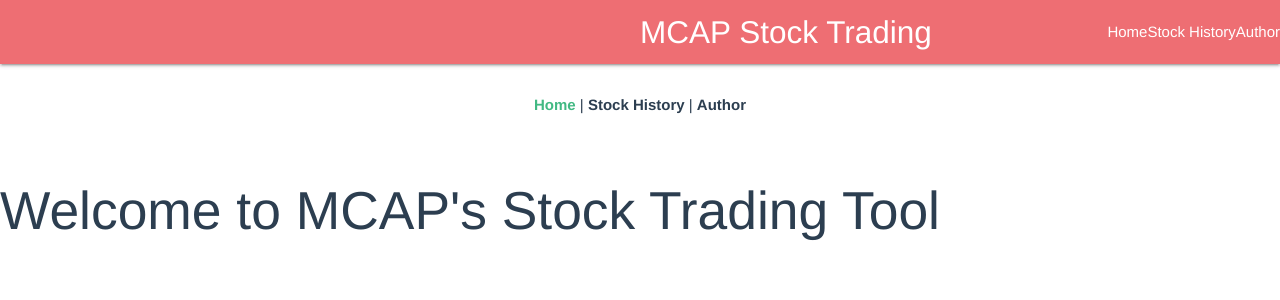
Repository: pandyarudra/stock-symbol-app
Page: /
An editor plug-in stored every save of this project. The page is shown before and after a run of saves, followed by the edit.
The browser window is 1280 px wide. The pictures show the whole page.
The project was rebuilt for these pictures with package versions that can differ from the ones it lists, and the page was loaded fresh each time.

Above is the page before, as saved 2020-09-14 22:09:53.

### src/main.js
import Vue from 'vue';
import App from './App.vue';
import router from './router';
import 'materialize-css';
import 'materialize-css/dist/css/materialize.min.css';

Vue.config.productionTip = false;

new Vue({
  router,
  render: h => h(App)
}).$mount('#app');

### src/App.vue
<template>
  <div id="app">
    <TopNav />
    <div id="nav">
      <router-link to="/">Home</router-link> |
      <router-link to="/stockHistory">Stock History</router-link> |
      <router-link to="/about">Author</router-link>
    </div>
    <router-view/>
  </div>
</template>


<script>
import M from 'materialize-css';
import TopNav from '@/components/TopNav.vue'

export default {
  mounted() {
    M.AutoInit();
  },
  components: {
    TopNav
  }
}
</script>

<style lang="scss">

  // $primary-color: color("materialize-red", "lighten-2") !default;
  // $primary-color-light: false !default;
  // $primary-color-dark: false !default;
  // @if not $primary-color-light {
  //   $primary-color-light: lighten($primary-color, 15%);
  // }
  // @if not $primary-color-dark {
  //   $primary-color-dark: darken($primary-color, 15%);
  // }
  // $secondary-color: color("teal", "lighten-1") !default;
  // $success-color: color("green", "base") !default;
  // $error-color: color("red", "base") !default;
  // $link-color: color("light-blue", "darken-1") !default;

#app {

  font-family: Avenir, Helvetica, Arial, sans-serif;
  -webkit-font-smoothing: antialiased;
  -moz-osx-font-smoothing: grayscale;
  text-align: center;
  color: #2c3e50;
}

#nav {
  padding: 30px;

  a {
    font-weight: bold;
    color: #2c3e50;

    &.router-link-exact-active {
      color: #42b983;
    }
  }
}
</style>

### src/router/index.js
import Vue from 'vue'
import VueRouter from 'vue-router'

Vue.use(VueRouter)

const routes = [
  {
    path: '/',
    name: 'WelcomePage',
    component: () => import(/* webpackChunkName: "about" */ '../views/WelcomePage.vue')
  },
  {
    path: '/about',
    name: 'About',
    // route level code-splitting
    // this generates a separate chunk (about.[hash].js) for this route
    // which is lazy-loaded when the route is visited.
    component: () => import(/* webpackChunkName: "about" */ '../views/About.vue')
  }
]

const router = new VueRouter({
  routes
})

export default router

### src/components/TopNav.vue
<template>
     <nav>
    <div class="nav-wrapper">
      <a href="#" class="brand-logo">MCAP Stock Trading</a>
      <ul id="nav-mobile" class="right hide-on-med-and-down">
        <router-link to="/" tag="li">Home</router-link>
        <router-link to="/stockHistory" tag="li">Stock History</router-link>
        <router-link to="/author" tag="li">Author</router-link>
        <!-- <router-link to="/foo" tag="li">Rudra</router-link> -->

      </ul>
    </div>
  </nav>
</template>

### src/views/WelcomePage.vue
<template>
    <h2 class="left">Welcome to MCAP's Stock Trading Tool
    </h2>
</template>


<script>
export default {
  name: 'WelcomePage',
  props: {
    msg: String
  }
}
</script>

<!-- Add "scoped" attribute to limit CSS to this component only -->
<style scoped lang="scss">
  div {
      color: black;
      text-align: center;
  }
</style>

Loaded but not shown: public/index.html (common file)

After the next 2 saves:
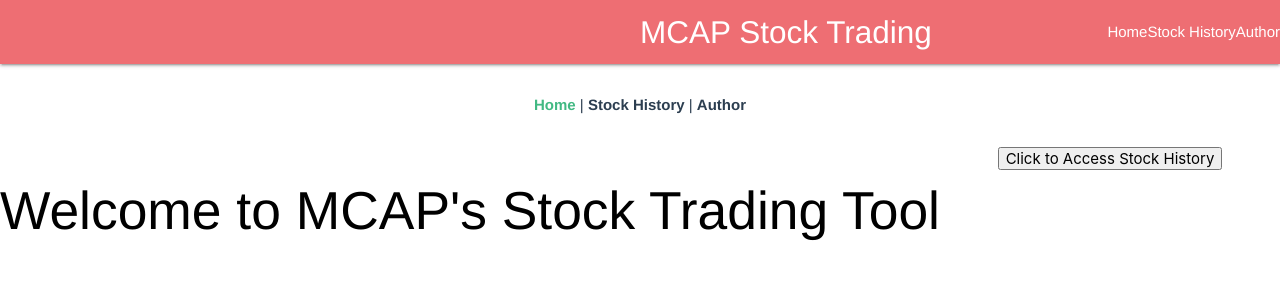
The 2 saves are shown as one change because 1 did not build or start.
The last was saved 87 s later.
--- a/src/views/WelcomePage.vue
+++ b/src/views/WelcomePage.vue
@@ -1,6 +1,9 @@
 <template>
+<div>
     <h2 class="left">Welcome to MCAP's Stock Trading Tool
     </h2>
+    <button>Click to Access Stock History</button>
+</div>
 </template>
 
 
